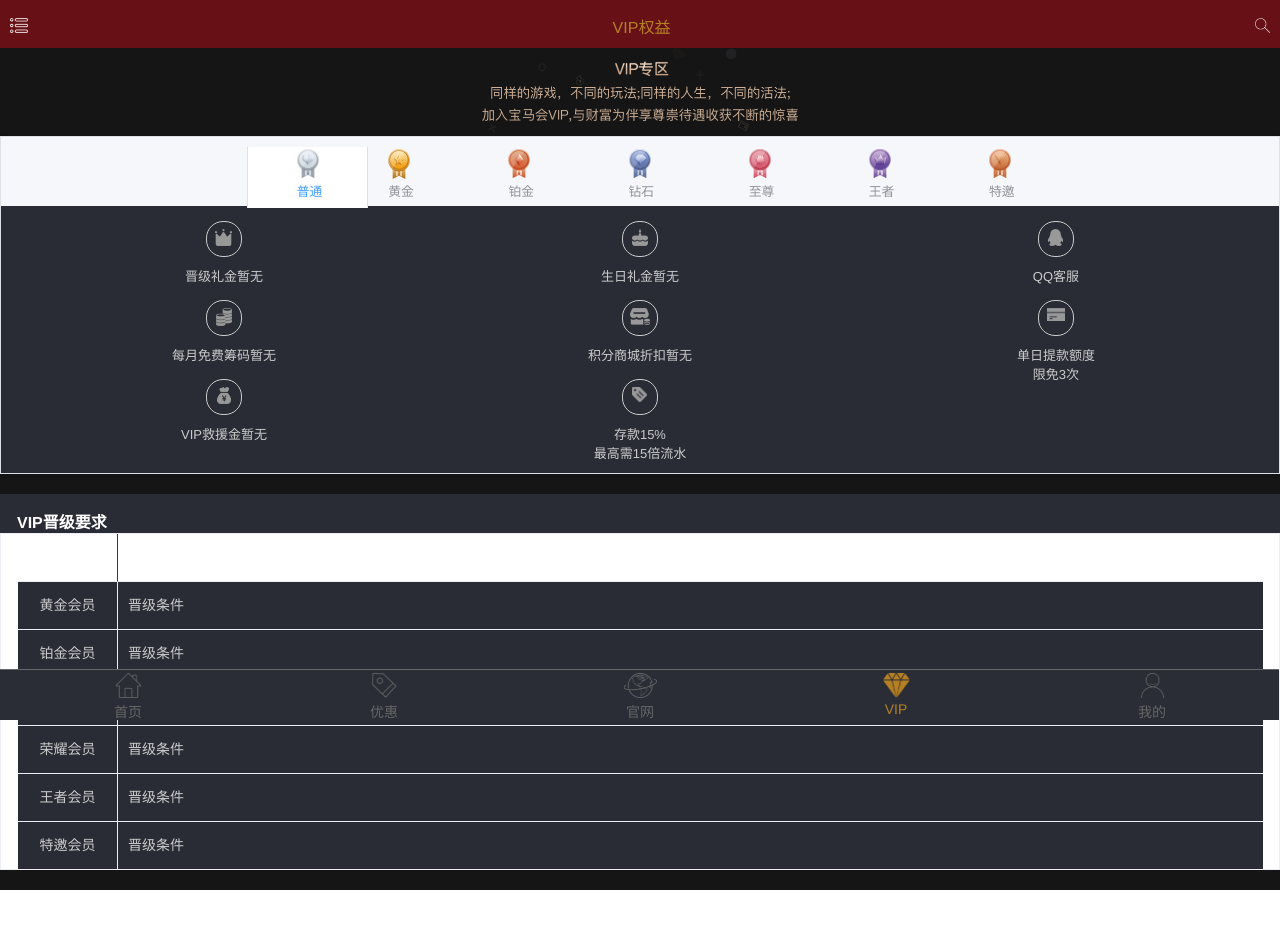
Repository: ada6688/IntegralMall
Page: /Vip
The author's editor kept a copy of each file at every save. The page is drawn from the files as they stood at one save, then again after the next save.
The browser window is 1280 px wide. The pictures show the whole page.
The project was rebuilt for these pictures with package versions that can differ from the ones it lists, and the page was loaded fresh each time. Also part of the build but not shown: src/components/common/Topnav.vue, src/components/page/notice.vue, src/components/page/MainNav.vue, src/components/page/Member.vue, src/components/page/Youhui.vue, src/router/index.js.

Above is the page before, as saved 2020-01-02 17:57:02.

### index.html
<!DOCTYPE html>
<html>
  <head>
    <meta charset="utf-8">
    <meta name="viewport" content="width=device-width,initial-scale=1.0">
    <title>integralmall</title>
  </head>
  <body>
    <div id="app"></div>
    <!-- built files will be auto injected -->
  </body>
</html>

### src/main.js
// The Vue build version to load with the `import` command
// (runtime-only or standalone) has been set in webpack.base.conf with an alias.
import Vue from 'vue'
import App from './App'
import router from './router'
import ElementUI from 'element-ui'
import 'element-ui/lib/theme-chalk/index.css'
import {Cell, CellGroup, Tabbar, TabbarItem, PullRefresh, Stepper, Tab, Tabs, Button, Row, Col, Swipe, SwipeItem, Lazyload, List, Field, NavBar} from 'vant'
import '../src/assets/css/common.css'
import '../src/assets/css/index.css'
import 'swiper/dist/css/swiper.css'
import VueAwesomeSwiper from 'vue-awesome-swiper'
// import BScroll from 'better-scroll'

// Vue.use(BScroll)
Vue.use(VueAwesomeSwiper)
Vue.use(ElementUI)
Vue.use(Cell).use(CellGroup).use(Tabbar).use(TabbarItem).use(Stepper).use(PullRefresh).use(Tab).use(Tabs).use(Field).use(NavBar).use(Button).use(Row).use(Col).use(Swipe).use(SwipeItem).use(Lazyload).use(List)

Vue.config.productionTip = false

/* eslint-disable no-new */
new Vue({
  el: '#app',
  router,
  components: {
    App
  },
  template: '<App/>'
})
// router.beforeEach((to, from, next) => {
//   console.log(to.meta.title)
//   if (to.meta.title) {
//     document.getElementById('top-logo-change').innerHTML = to.meta.title
//     // document.title = to.meta.title
//   }
//   next()
// })

### src/assets/css/common.css
body,p,ul{
  margin: 0;
  padding: 0;
}
li{
  list-style: none;
}
/* 顶部栏 */
.top-nav{
  width: 100%;
  height: 3rem;
  line-height: 3.5rem;
  background-color: #671116;
  position: fixed;
  top: 0;
  z-index: 99;
}
.top-nav > div{
  display: inline-block;
  height: 100%;
}
.top-nav-left{
  float: left;
  margin-left: 10px;
}
.top-nav-right{
  float: right;
  margin-right: 10px;
}
.banner-item > img{
  width: 100%;
}
.swiper-container{
  height: 7.28rem;
}
.top-nav-t{
  color: #B58024;
}
.main-wrap{
  margin-top: 3rem;
  margin-bottom: 2.3rem;
  background: #151515;
}
/* 公告 */
.Notice-sign{
  width: 2rem;
  height: 100%;
  background: url('../images/topnav/lb.png') center no-repeat;
  float: left;
  box-shadow: 1px 0px 5px rgba(0,0,0,0.8);
}
.Notice-textBox {
  width: 100%;
  height: 1.3rem;
  line-height: 1.3rem;
  font-size: .5rem;
  color: #999999;
  background: #2A2D36;
  overflow: hidden;
  position: relative;
  text-align: left;
  z-index: 9;
}
.Notice-text {
  width: 100%;
  padding-left: 42px;
  position: absolute;
  bottom: 0;
}
.slide-enter-active, .slide-leave-active {
  transition: all 0.5s linear;
}
.slide-enter{
  transform: translateY(20px) scale(1);
  opacity: 1;
}
.slide-leave-to {
  transform: translateY(-20px) scale(0.8);
  opacity: 0;
}
/* 底部导航 */
.bottom-tab{
  width:100%;
  height:3.125rem;
  background-color:#2A2D36;
  border-top: 1px solid #656666;
  position: fixed;
  left:0px;
  bottom:0px;
}
.tab-item{
  width: 20%;
  float: left;
  align-items:center;
  justify-content:center;
  font-size:14px;
  color:#666;
  z-index: 999;
}
.NavSigh{
    width:33px;
    margin-top:3px;
}
.on{
  color:#b58023;
}

### src/assets/css/index.css
/****************** 首页商品 *****************/
.products-item{
  width: 45.9%;
  height: 100px;
  padding-right: 3.9%;
  border-right: 1px solid #161616;
  border-bottom: 1px solid #161616;
  background: #292C35;
  float: left;
}
.products-item-even{
  width: 45.9%;
  height: 100px;
  border-bottom: 1px solid #161616;
  background: #292C35;
  padding-left: 3.9%;
  float: left;
}
.product-item-text{
  width: 50%;
  height: 70px;
  color: #ffffff;
  margin-top: 15px;
  float: left;
  text-align: left;
}
.product-item-text p{
  height: 43px;
  font-size: 15px;
  margin-bottom: 5px;
  display: -webkit-box;/*作为弹性伸缩盒子模型显示*/
  -webkit-line-clamp: 2; /*显示的行数；如果要设置2行加...则设置为2*/
  overflow: hidden; /*超出的文本隐藏*/
  text-overflow: ellipsis; /* 溢出用省略号*/
  -webkit-box-orient: vertical;
}
.product-item-text span{
  color: #B58024;
  font-size: 13px;
}
.product-item-img{
  width: 50%;
  height: 100px;
  display: table-cell;
  vertical-align: middle;
  /* float: left; */
}
.product-item-img img{
  max-width: 100%;
}
/******************* VIP *******************/
.level-welfare-wrap, .level-require-wrap{
  padding-bottom: 20px;
}
.VipTop-level-sign{
  display: inline-block;
}
.VipTop-level-text{
  position: absolute;
  bottom: -5px;
}
.vip-level-wrap ul li{
  float: left;
  width: 33.33%;
  height: 79px;
}
.vip-level-wrap ul div{
  width: 34px;
  height: 34px;
  border: 1px solid #CCCCCC;
  border-radius: 17px;
  margin-bottom: 9px;
  display: inline-block;
  vertical-align: middle;
}
.vip-level-wrap ul img{
  margin-top: 7px;
}
.vip-level-wrap ul li>p{
  color: #CCCCCC;
  font-size: 13px;
  margin-bottom: 5px;
}
.Vip-level-T{
  color: #ffffff;
  font-size: 16px;
  font-weight: bold;
  text-align: left;
  padding: 15px 0 0 17px;
  background: #2A2C35;
}

### src/components/common/Bottomnav.vue
<template>
  <div>
    <div class="bottom-tab">
      <div class="tab-item" @click="switchTo('/shouye')">
        <img class="NavSigh" :src="'/shouye' === $route.path ? tabBarImgArr[0].selected : tabBarImgArr[0].normal" alt="首页">
        <p :class="{on: '/shouye' === $route.path}">首页</p>
      </div>
      <div class="tab-item" @click="switchTo('/Youhui')">
        <img class="NavSigh" :src="'/Youhui' === $route.path ? tabBarImgArr[1].selected : tabBarImgArr[1].normal" alt="推荐">
        <p :class="{on: '/Youhui' === $route.path}">优惠</p>
      </div>
      <div class="tab-item">
        <img class="NavSigh" :src="'/' === $route.path ? tabBarImgArr[2].selected : tabBarImgArr[2].normal" alt="搜索">
        <p :class="{on: '/' === $route.path}">官网</p>
      </div>
      <div class="tab-item" @click="switchTo('/Vip')">
        <img class="NavSigh" :src="'/Vip' === $route.path ? tabBarImgArr[3].selected : tabBarImgArr[3].normal" alt="聊天">
        <p :class="{on: '/Vip' === $route.path}">VIP</p>
      </div>
      <div class="tab-item" @click="switchTo('/Member')">
        <img class="NavSigh" :src="'/Member' === $route.path ? tabBarImgArr[4].selected : tabBarImgArr[4].normal" alt="我的">
        <p :class="{on: '/Member' === $route.path}">我的</p>
      </div>
    </div>
  </div>
</template>
<script>
export default {
  data () {
    return {
      tabBarImgArr: [
        {normal: require('../../assets/images/navLogo/sy_x.png'), selected: require('../../assets/images/navLogo/sy.png')},
        {normal: require('../../assets/images/navLogo/yh_x.png'), selected: require('../../assets/images/navLogo/yh.png')},
        {normal: require('../../assets/images/navLogo/gw_x.png'), selected: require('../../assets/images/navLogo/gw.png')},
        {normal: require('../../assets/images/navLogo/zs_x.png'), selected: require('../../assets/images/navLogo/zs.png')},
        {normal: require('../../assets/images/navLogo/wd_x.png'), selected: require('../../assets/images/navLogo/wd.png')}
      ]
    }
  },
  methods: {
    switchTo (path) {
      this.$router.replace(path)
    }
  }
}
</script>
<style>

</style>

### src/components/page/shouye.vue
<template>
  <div>
      <TopNav></TopNav>
      <div class="main-wrap shouye-contain">
        <!-- banner -->
        <swiper :options="swiperOption" ref="mySwiper">
          <!-- slides -->
          <swiper-slide>
            <div class="banner-item">
              <img src="../../assets/images/banner/banner2.png" alt="">
            </div>
          </swiper-slide>
          <swiper-slide>
            <div class="banner-item">
              <img src="../../assets/images/banner/banner2_2.png" alt="">
            </div>
          </swiper-slide>
          <swiper-slide>
            <div class="banner-item">
              <img src="../../assets/images/banner/banner2_3.png" alt="">
            </div>
          </swiper-slide>
          <!-- Optional controls -->
          <!-- <div class="swiper-pagination" slot="pagination"></div> -->
          <!-- <div class="swiper-scrollbar index-banner-circle" slot="scrollbar"></div> -->
        </swiper>
        <!-- 滚动公告 -->
        <Notice></Notice>
        <!-- 推荐分类栏 -->
        <div class="recommend-wrap">
          <el-row>
            <el-tabs type="border-card">
              <el-tab-pane label="推荐">
                <div class="products-item">
                  <div class="product-item-text">
                    <p>商品详情商品详情商品详情商品详情商品详</p>
                    <span>72000积分</span>
                  </div>
                  <div class="product-item-img">
                    <img src="../../assets/images/products/bsbb.png" alt="">
                  </div>
                </div>
                <div class="products-item-even">
                  <div class="product-item-text">
                    <p>商品详情商品详情商品详情商品详情商品详</p>
                    <span>72000积分</span>
                  </div>
                  <div class="product-item-img">
                    <img src="../../assets/images/products/kh.png" alt="">
                  </div>
                </div>
                <div class="products-item">
                  <div class="product-item-text">
                    <p>商品详情商品详情商品详情商品详情商品详</p>
                    <span>72000积分</span>
                  </div>
                  <div class="product-item-img">
                    <img src="../../assets/images/products/lsbb.png" alt="">
                  </div>
                </div>
                <div class="products-item-even">
                  <div class="product-item-text">
                    <p>商品详情商品详情商品详情商品详情商品详</p>
                    <span>72000积分</span>
                  </div>
                  <div class="product-item-img">
                    <img src="../../assets/images/products/sb.png" alt="">
                  </div>
                </div>
                <div class="products-item">
                  <div class="product-item-text">
                    <p>商品详情商品详情商品详情商品详情商品详</p>
                    <span>72000积分</span>
                  </div>
                  <div class="product-item-img">
                    <img src="../../assets/images/products/xs.png" alt="">
                  </div>
                </div>
                <div class="products-item-even">
                  <div class="product-item-text">
                    <p>商品详情商品详情商品详情商品详情商品详</p>
                    <span>72000积分</span>
                  </div>
                  <div class="product-item-img">
                    <img src="../../assets/images/products/xsfs.png" alt="">
                  </div>
                </div>
                <div class="products-item">
                  <div class="product-item-text">
                    <p>商品详情商品详情商品详情商品详情商品详</p>
                    <span>72000积分</span>
                  </div>
                  <div class="product-item-img">
                    <img src="../../assets/images/products/yx.png" alt="">
                  </div>
                </div>
                <div class="products-item-even">
                  <div class="product-item-text">
                    <p>商品详情商品详情商品详情商品详情商品详</p>
                    <span>72000积分</span>
                  </div>
                  <div class="product-item-img">
                    <img src="../../assets/images/products/hw.png" alt="">
                  </div>
                </div>
              </el-tab-pane>
              <el-tab-pane label="数码">数码</el-tab-pane>
              <el-tab-pane label="奖金">奖金</el-tab-pane>
              <el-tab-pane label="生活精品">生活精品</el-tab-pane>
              <el-tab-pane label="奢华品">奢华品</el-tab-pane>
            </el-tabs>
          </el-row>
        </div>
      </div>
      <BottomNav></BottomNav>
  </div>
</template>
<script>
// 引用组件
import BottomNav from '@/components/common/Bottomnav'
import TopNav from '@/components/common/Topnav'
import Notice from '@/components/page/Notice'
import {swiper, swiperSlide} from 'vue-awesome-swiper'

export default {
  name: 'App',
  components: {
    BottomNav,
    TopNav,
    swiper,
    swiperSlide,
    Notice
  },
  data () {
    return {
      swiperOption: {
        scrollbar: {
          el: '.swiper-scrollbar'
        },
        slidesPerView: 1,
        autoplay: {
          delay: 5000,
          disableOnInteraction: false
        },
        loop: true
      }
    }
  }
}
</script>
<style>
.swiper-container{
  height: 100%;
  margin-bottom: -4px;
}
.el-tabs__nav-wrap{
  width: 100%
}
/* .el-tabs__item{
  padding: 0 5.26%;
} */
.el-tabs--border-card{
  border: 0;
}
.el-tabs--border-card>.el-tabs__header .el-tabs__item{
  border: 0
}
.el-tabs--border-card>.el-tabs__header{
  padding: 10px 15px 0;
  background: #151515
}
.el-tabs--border-card>.el-tabs__header .el-tabs__item:not(.is-disabled):hover{
  color: #ffffff;
}
.el-tabs--border-card>.el-tabs__header .el-tabs__item.is-active{
  height: 39px;
  color: #ffffff;
  background: #292C35;
}
.el-tabs--border-card>.el-tabs__header .el-tabs__item{
  color: #666666;
}
.el-tabs__nav-wrap.is-scrollable{
  padding: 0 20px;
  box-sizing: border-box;
}
.el-tabs--border-card{
  box-shadow: 0 0 0 0 rgb(0, 0, 0, 0)
}
.el-tabs--border-card>.el-tabs__content {
  margin-top: -2px;
  background: #292C35;
}

</style>

### src/components/page/Vip.vue
<template>
  <div>
    <TopnavC></TopnavC>
    <div class="main-wrap VIP-contain">
      <div>
        <img src="../../assets/images/VIP/VIP-T.png" alt="">
      </div>
      <div class="level-welfare-wrap">
        <el-row>
          <el-tabs type="border-card">
            <el-tab-pane label="普通">
              <span slot="label"><img class="VipTop-level-sign" src="../../assets/images/VIP/pt.png" alt=""> <p class="VipTop-level-text">普通</p></span>
              <div class="vip-level-wrap">
                <ul>
                  <li>
                    <div>
                      <img src="../../assets/images/VIP/hg.png" alt="">
                    </div>
                    <p>晋级礼金暂无</p>
                  </li>
                  <li>
                    <div>
                      <img src="../../assets/images/VIP/dg.png" alt="">
                    </div>
                    <p>生日礼金暂无</p>
                  </li>
                  <li>
                    <div>
                      <img src="../../assets/images/VIP/QQ.png" alt="">
                    </div>
                    <p>QQ客服</p>
                  </li>
                </ul>
                <ul>
                  <li>
                    <div>
                      <img src="../../assets/images/VIP/jb.png" alt="">
                    </div>
                    <p>每月免费筹码暂无</p>
                  </li>
                  <li>
                    <div>
                      <img src="../../assets/images/VIP/sc.png" alt="">
                    </div>
                    <p>积分商城折扣暂无</p>
                  </li>
                  <li>
                    <div>
                      <img src="../../assets/images/VIP/yhk.png" alt="">
                    </div>
                    <p>单日提款额度<br>限免3次</p>
                  </li>
                </ul>
                <ul>
                  <li>
                    <div>
                      <img src="../../assets/images/VIP/qd.png" alt="">
                    </div>
                    <p>VIP救援金暂无</p>
                  </li>
                  <li>
                    <div>
                      <img src="../../assets/images/VIP/yhbq.png" alt="">
                    </div>
                    <p>存款15%<br>最高需15倍流水</p>
                  </li>
                </ul>
              </div>
            </el-tab-pane>
            <el-tab-pane label="黄金">
              <span slot="label"><img class="VipTop-level-sign" src="../../assets/images/VIP/hj.png" alt=""> <p class="VipTop-level-text">黄金</p></span>
            </el-tab-pane>
            <el-tab-pane label="铂金">
              <span slot="label"><img class="VipTop-level-sign" src="../../assets/images/VIP/bj.png" alt=""> <p class="VipTop-level-text">铂金</p></span>
            </el-tab-pane>
            <el-tab-pane label="钻石">
              <span slot="label"><img class="VipTop-level-sign" src="../../assets/images/VIP/zs.png" alt=""> <p class="VipTop-level-text">钻石</p></span>
            </el-tab-pane>
            <el-tab-pane label="至尊">
              <span slot="label"><img class="VipTop-level-sign" src="../../assets/images/VIP/zz.png" alt=""> <p class="VipTop-level-text">至尊</p></span>
            </el-tab-pane>
            <el-tab-pane label="王者">
              <span slot="label"><img class="VipTop-level-sign" src="../../assets/images/VIP/wz.png" alt=""> <p class="VipTop-level-text">王者</p></span>
            </el-tab-pane>
            <el-tab-pane label="特邀">
              <span slot="label"><img class="VipTop-level-sign" src="../../assets/images/VIP/ty.png" alt=""> <p class="VipTop-level-text">特邀</p></span>
            </el-tab-pane>
          </el-tabs>
        </el-row>
      </div>
      <div class="level-require-wrap">
        <p class="Vip-level-T">VIP晋级要求</p>
        <el-table
          :data="tableData"
          border
          style="width: 100%">
          <el-table-column
            prop="level"
            label="会员等级"
            width="100%">
          </el-table-column>
          <el-table-column
            prop="detail"
            label="晋级条件">
          </el-table-column>
        </el-table>
      </div>
    </div>
    <Bottomnav></Bottomnav>
  </div>
</template>
<script>
import TopnavC from '@/components/common/Topnav-c'
import Bottomnav from '@/components/common/Bottomnav'

export default {
  name: 'App',
  components: {
    TopnavC,
    Bottomnav
  },
  data () {
    return {
      tableData: [{
        level: '黄金会员',
        detail: '晋级条件'
      }, {
        level: '铂金会员',
        detail: '晋级条件'
      }, {
        level: '钻石会员',
        detail: '晋级条件'
      }, {
        level: '荣耀会员',
        detail: '晋级条件'
      }, {
        level: '王者会员',
        detail: '晋级条件'
      }, {
        level: '特邀会员',
        detail: '晋级条件'
      }]
    }
  }
}
</script>
<style>
.el-table{
  padding: 0 17px 0 17px
}
.el-table td, .el-table th.is-leaf,.el-table--border, .el-table--group{
  border-color: #343947;
  background: #292C35;
  color: #cccccc
}
.el-table th{
  font-weight: normal;
  text-align: center;
  color: #ffffff !important;
}
.el-table td:first-child{
  text-align: center
}
.el-tabs__nav,.el-tabs__nav-wrap{
  width: 100%
}

.el-tabs--border-card{
  border: 0;
}
.el-tabs--border-card>.el-tabs__header .el-tabs__item{
  border: 0;
  font-size: .8rem;
}
.el-tabs--border-card>.el-tabs__header{
  padding: 10px 3.65% 0;
  background: #151515
}
.el-tabs--border-card>.el-tabs__header .el-tabs__item:not(.is-disabled):hover{
  color: #ffffff;
}
.el-tabs--border-card>.el-tabs__header .el-tabs__item.is-active{
  height: 39px;
  color: #ffffff;
  background: #292C35;
}
.el-tabs--border-card>.el-tabs__header .el-tabs__item{
  color: #666666;
}
.el-tabs__nav-wrap.is-scrollable{
  padding: 0 20px;
  box-sizing: border-box;
}
.el-tabs--border-card{
  box-shadow: 0 0 0 0 rgb(0, 0, 0, 0)
}
.el-tabs--border-card>.el-tabs__content {
  margin-top: -2px;
  background: #292C35;
}
.el-tabs--border-card>.el-tabs__header .el-tabs__item,.el-tabs--top.el-tabs--border-card>.el-tabs__header .el-tabs__item:nth-child(2),.el-tabs--top.el-tabs--border-card>.el-tabs__header .el-tabs__item:last-child{
  padding: 2px 4.1% 0;
  height: 62px;
  vertical-align: bottom;
}
@media screen and (max-width: 360px) {
  .el-tabs--border-card>.el-tabs__header .el-tabs__item,.el-tabs--top.el-tabs--border-card>.el-tabs__header .el-tabs__item:nth-child(2),.el-tabs--top.el-tabs--border-card>.el-tabs__header .el-tabs__item:last-child{
  padding: 2px 3.5% 0;
  height: 62px;
  vertical-align: bottom;
}
}
.el-tabs--border-card>.el-tabs__header .el-tabs__item.is-active{
  height: 62px;
}
</style>

### src/components/common/Topnav-c.vue
<template>
  <div>
    <div class="top-nav">
      <div class="top-nav-left">
        <img src="../../assets/images/topnav/cd.png" alt="菜单">
      </div>
      <div class="top-nav-t">
        <p>VIP权益</p>
      </div>
      <div class="top-nav-right">
        <img src="../../assets/images/topnav/ss.png" alt="搜索">
      </div>
    </div>
  </div>
</template>
<script>
export default {
  data () {
    return {
      tabBarImgArr: [
        {normal: require('../../assets/images/topnav/logo.png')},
        {normal: require('../../assets/images/topnav/ss.png')},
        {normal: require('../../assets/images/topnav/cd.png')}
      ]
    }
  }
}
</script>
<style>

</style>

Loaded but not shown: src/App.vue (common file)

After the next save:
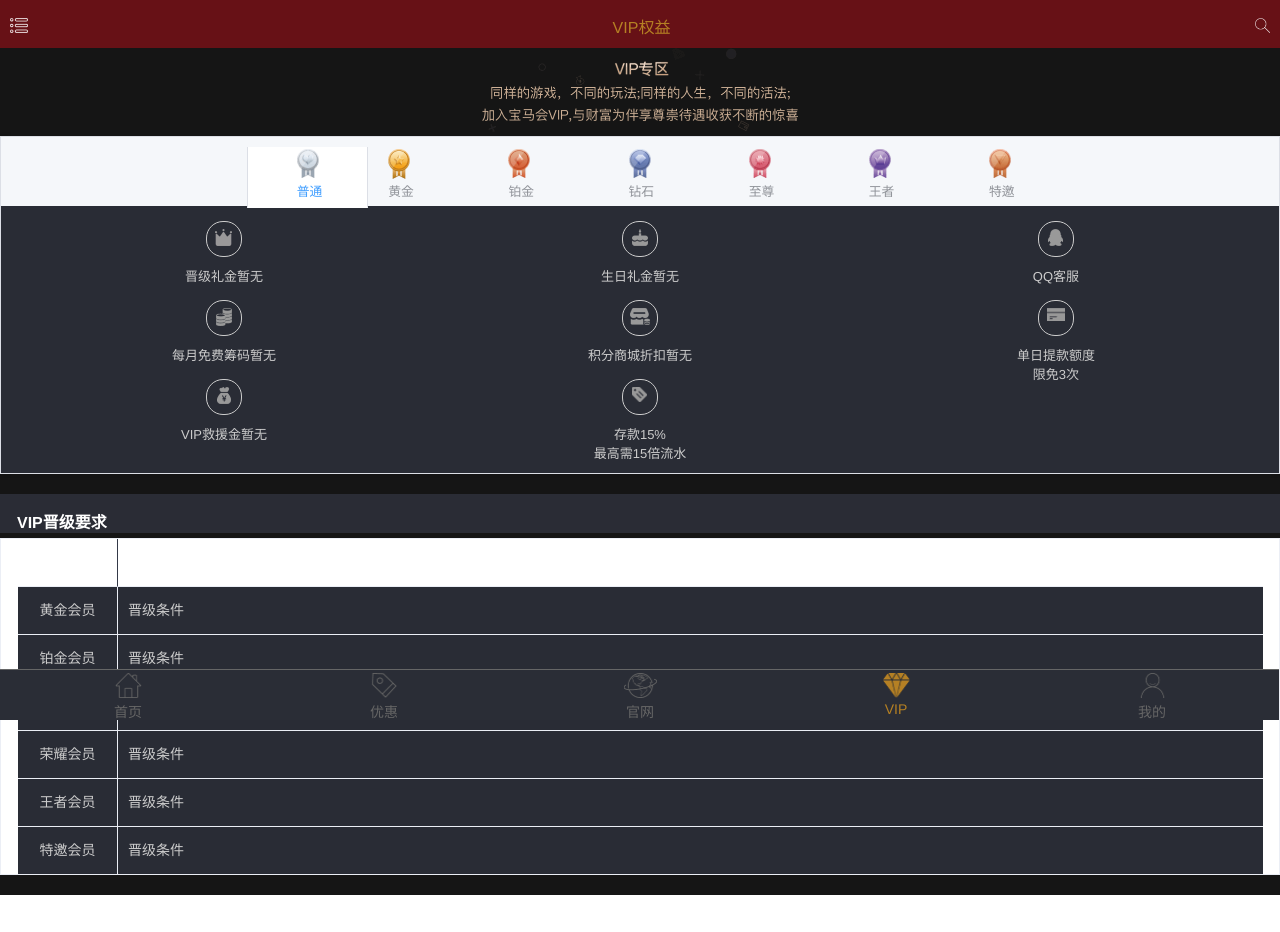
Saved 17 s later.
--- a/src/assets/css/index.css
+++ b/src/assets/css/index.css
@@ -79,7 +79,6 @@
 .vip-level-wrap ul li>p{
   color: #CCCCCC;
   font-size: 13px;
-  margin-bottom: 5px;
 }
 .Vip-level-T{
   color: #ffffff;
@@ -87,5 +86,6 @@
   font-weight: bold;
   text-align: left;
   padding: 15px 0 0 17px;
+  margin-bottom: 5px;
   background: #2A2C35;
 }
